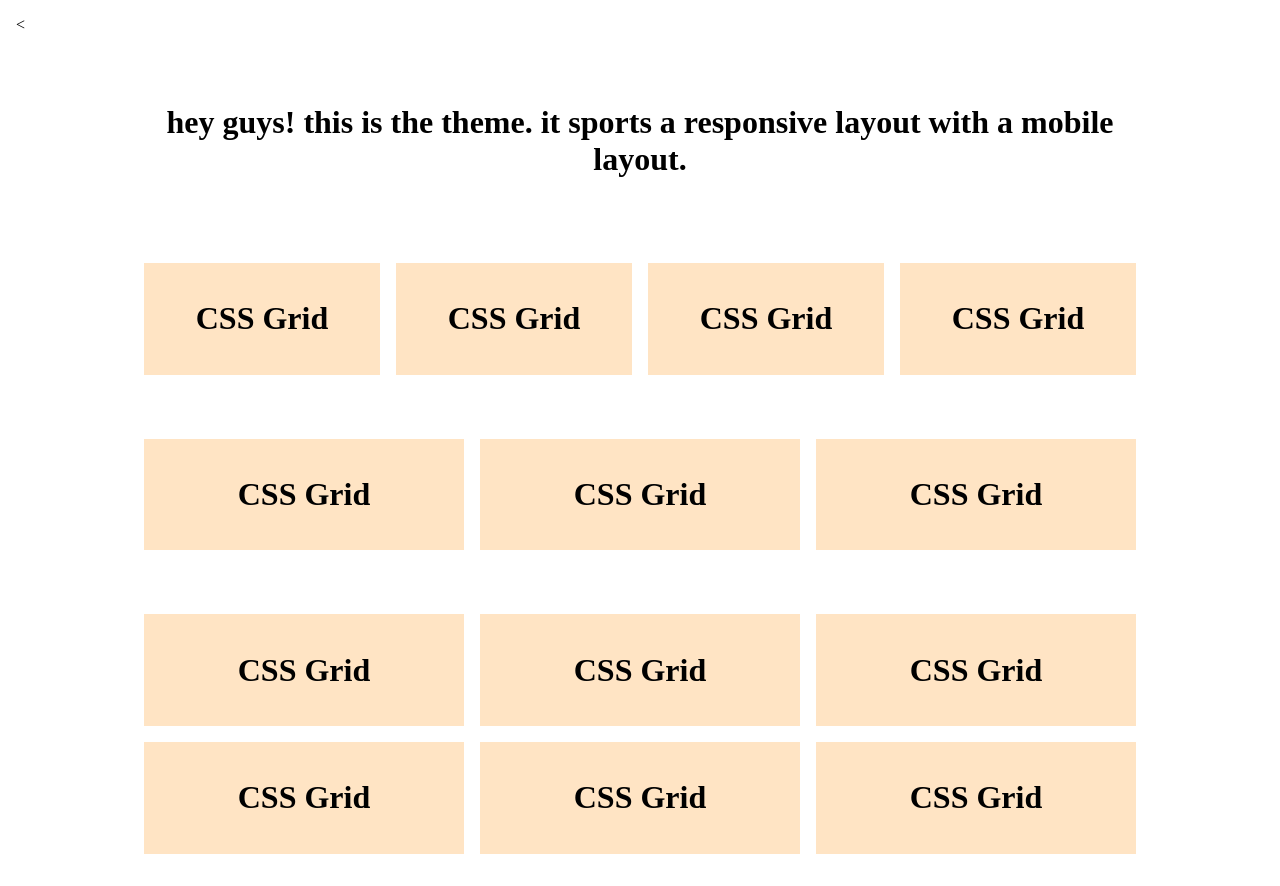
Repository: jjennbui/MDIA2003G-Assignment03B
Page: index.html
The author's editor kept a copy of each file at every save. The page is drawn from the files as they stood at one save, then again after a run of saves.
The browser window is 1280 px wide. The pictures show the whole page.

Above is the page before, as saved 2023-01-24 20:26:28.

After the next 3 saves:
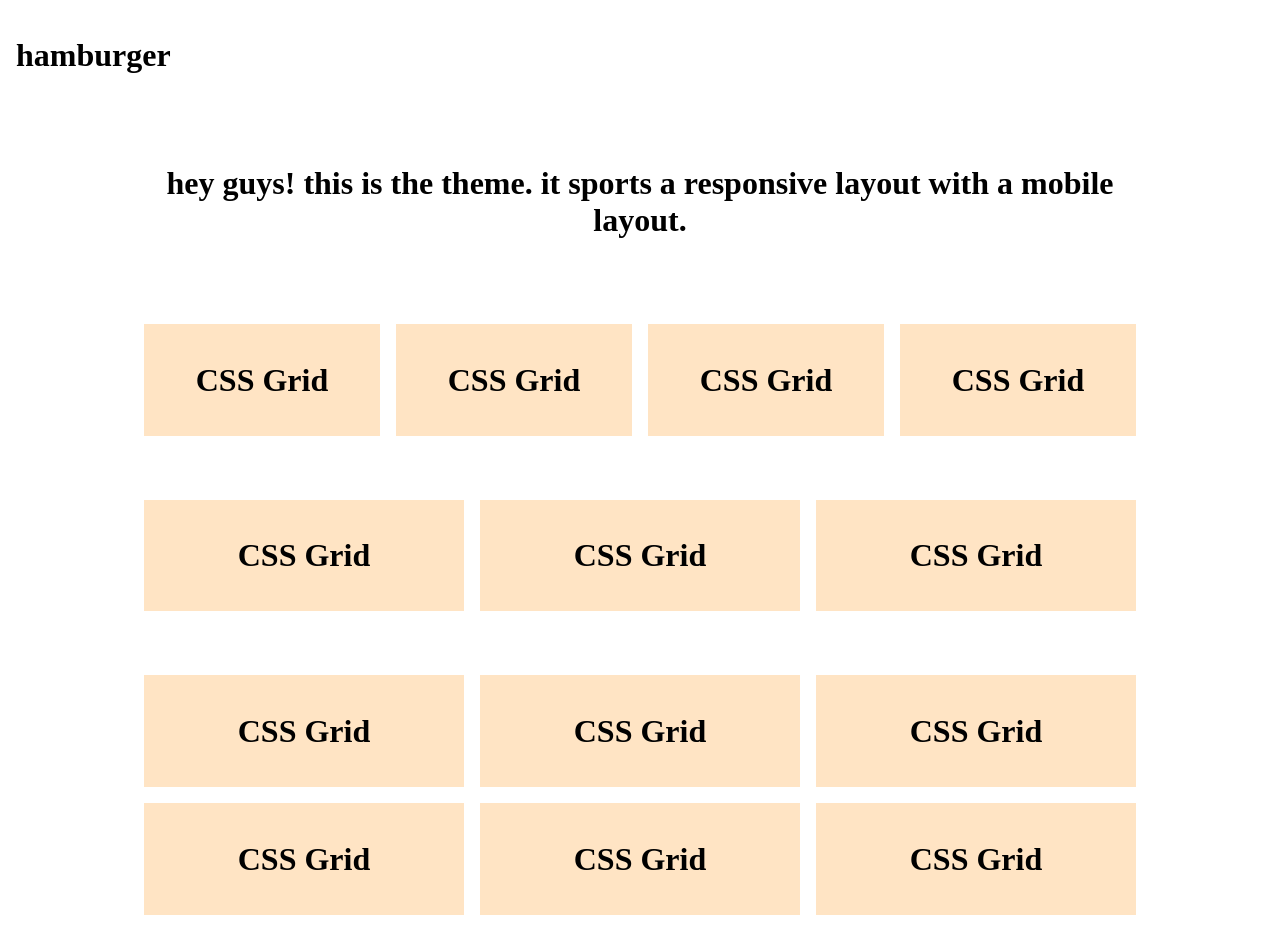
The 3 saves are shown as one change because they came seconds apart.
The last was saved 8 s later.
--- a/index.html
+++ b/index.html
@@ -25,7 +25,7 @@
 <body>
 
   <div class="hamburger">
-    <
+    <H1>hamburger</H1>
 
   </div>
 
